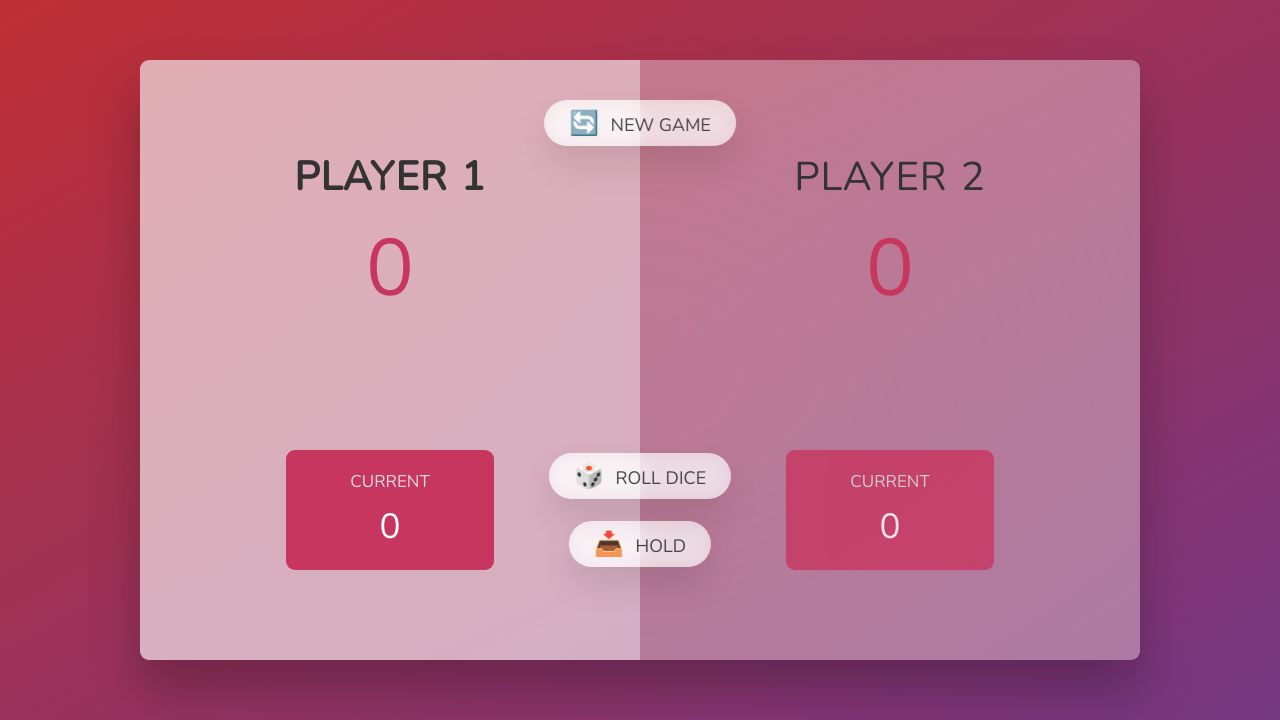
Repository: AbanoubSamyTawfek2002/pig-game
Page: index.html
These files come from the project's save history. The page is drawn as it stood at one moment and after the next save; the edit follows.
The browser window is 1280 px wide. The pictures show the whole page.

Above is the page before, as saved 2025-09-27 01:53:59.

### index.html
<!DOCTYPE html>
<html lang="en">
  <head>
    <meta charset="UTF-8" />
    <meta name="viewport" content="width=device-width, initial-scale=1.0" />
    <meta http-equiv="X-UA-Compatible" content="ie=edge" />
    <link rel="stylesheet" href="style.css" />
    <title>Pig Game</title>
  </head>
  <body>
    <main>
      <section class="player player--0 player--active">
        <h2 class="name" id="name--0">Player 1</h2>
        <p class="score" id="score--0">43</p>
        <div class="current">
          <p class="current-label">Current</p>
          <p class="current-score" id="current--0">0</p>
        </div>
      </section>
      <section class="player player--1">
        <h2 class="name" id="name--1">Player 2</h2>
        <p class="score" id="score--1">24</p>
        <div class="current">
          <p class="current-label">Current</p>
          <p class="current-score" id="current--1">0</p>
        </div>
      </section>

      <img src="dice-5.png" alt="Playing dice" class="dice" />
      <button class="btn btn--new">🔄 New game</button>
      <button class="btn btn--roll">🎲 Roll dice</button>
      <button class="btn btn--hold">📥 Hold</button>
    </main>
    <script src="script.js"></script>
  </body>
</html>

### style.css
@import url('https://fonts.googleapis.com/css2?family=Nunito&display=swap');

* {
  margin: 0;
  padding: 0;
  box-sizing: inherit;
}

html {
  font-size: 62.5%;
  box-sizing: border-box;
}

body {
  font-family: 'Nunito', sans-serif;
  font-weight: 400;
  height: 100vh;
  color: #333;
  background-image: linear-gradient(to top left, #753682 0%, #bf2e34 100%);
  display: flex;
  align-items: center;
  justify-content: center;
}

.hidden {
  display: none;
}
/* LAYOUT */
main {
  position: relative;
  width: 100rem;
  height: 60rem;
  background-color: rgba(255, 255, 255, 0.35);
  backdrop-filter: blur(200px);
  filter: blur();
  box-shadow: 0 3rem 5rem rgba(0, 0, 0, 0.25);
  border-radius: 9px;
  overflow: hidden;
  display: flex;
}

.player {
  flex: 50%;
  padding: 9rem;
  display: flex;
  flex-direction: column;
  align-items: center;
  transition: all 0.75s;
}

/* ELEMENTS */
.name {
  position: relative;
  font-size: 4rem;
  text-transform: uppercase;
  letter-spacing: 1px;
  word-spacing: 2px;
  font-weight: 300;
  margin-bottom: 1rem;
}

.score {
  font-size: 8rem;
  font-weight: 300;
  color: #c7365f;
  margin-bottom: auto;
}

.player--active {
  background-color: rgba(255, 255, 255, 0.4);
}
.player--active .name {
  font-weight: 700;
}
.player--active .score {
  font-weight: 400;
}

.player--active .current {
  opacity: 1;
}

.current {
  background-color: #c7365f;
  opacity: 0.8;
  border-radius: 9px;
  color: #fff;
  width: 65%;
  padding: 2rem;
  text-align: center;
  transition: all 0.75s;
}

.current-label {
  text-transform: uppercase;
  margin-bottom: 1rem;
  font-size: 1.7rem;
  color: #ddd;
}

.current-score {
  font-size: 3.5rem;
}

/* ABSOLUTE POSITIONED ELEMENTS */
.btn {
  position: absolute;
  left: 50%;
  transform: translateX(-50%);
  color: #444;
  background: none;
  border: none;
  font-family: inherit;
  font-size: 1.8rem;
  text-transform: uppercase;
  cursor: pointer;
  font-weight: 400;
  transition: all 0.2s;

  background-color: white;
  background-color: rgba(255, 255, 255, 0.6);
  backdrop-filter: blur(10px);

  padding: 0.7rem 2.5rem;
  border-radius: 50rem;
  box-shadow: 0 1.75rem 3.5rem rgba(0, 0, 0, 0.1);
}

.btn::first-letter {
  font-size: 2.4rem;
  display: inline-block;
  margin-right: 0.7rem;
}

.btn--new {
  top: 4rem;
}
.btn--roll {
  top: 39.3rem;
}
.btn--hold {
  top: 46.1rem;
}

.btn:active {
  transform: translate(-50%, 3px);
  box-shadow: 0 1rem 2rem rgba(0, 0, 0, 0.15);
}

.btn:focus {
  outline: none;
}

.dice {
  position: absolute;
  left: 50%;
  top: 16.5rem;
  transform: translateX(-50%);
  height: 10rem;
  box-shadow: 0 2rem 5rem rgba(0, 0, 0, 0.2);
}

.player--winner {
  background-color: #2f2f2f;
}

.player--winner .name {
  font-weight: 700;
  color: #c7365f;
}

### script.js
'use strict';

const score0El = document.getElementById('score--0');
const score1El = document.getElementById('score--1');
const diceEl = document.querySelector('.dice');
const btnNew = document.querySelector('.btn--new');
const btnRoll = document.querySelector('.btn--roll');
const btnHold = document.querySelector('.btn--hold');

score0El.textContent = 0;
score1El.textContent = 0;
diceEl.classList.add('hidden');

btnRoll.addEventListener('click', () => {});

After the next save:
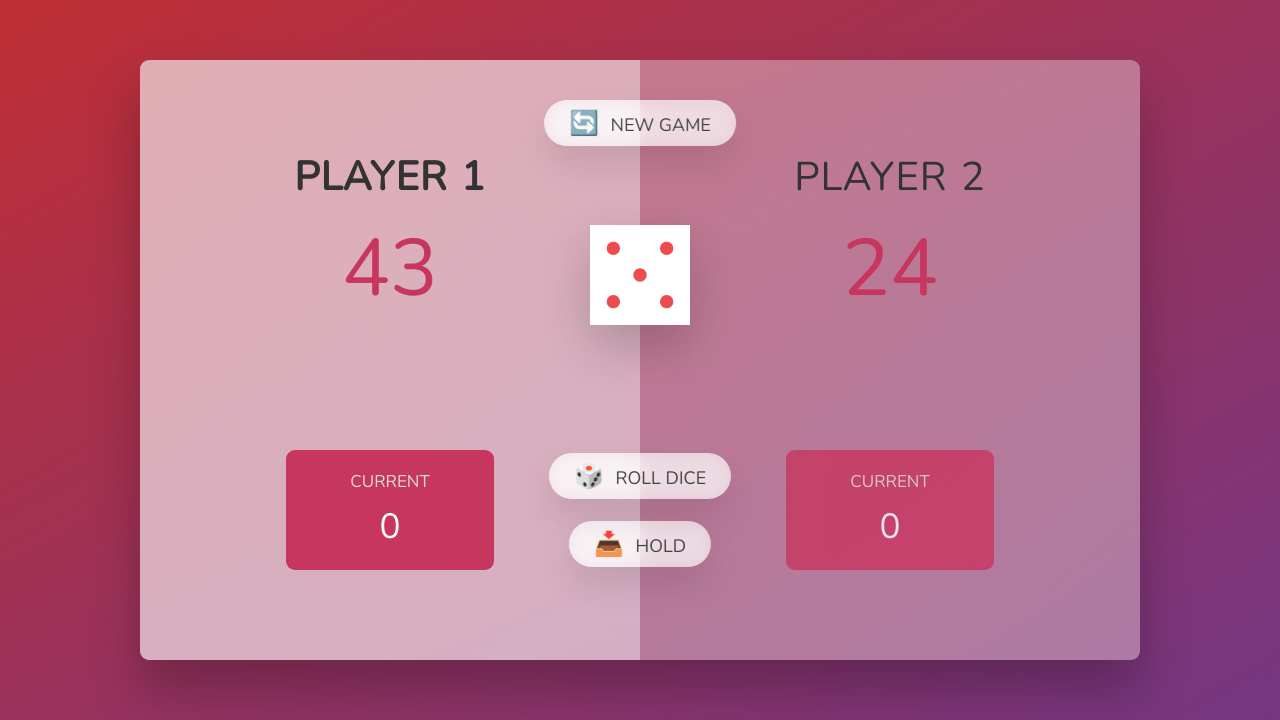
Console error: SyntaxError: Identifier 'score0El' has already been declared
Saved 11 s later.
--- a/script.js
+++ b/script.js
@@ -7,6 +7,7 @@
 const btnRoll = document.querySelector('.btn--roll');
 const btnHold = document.querySelector('.btn--hold');
 
+let
 score0El.textContent = 0;
 score1El.textContent = 0;
 diceEl.classList.add('hidden');

After the save that followed:
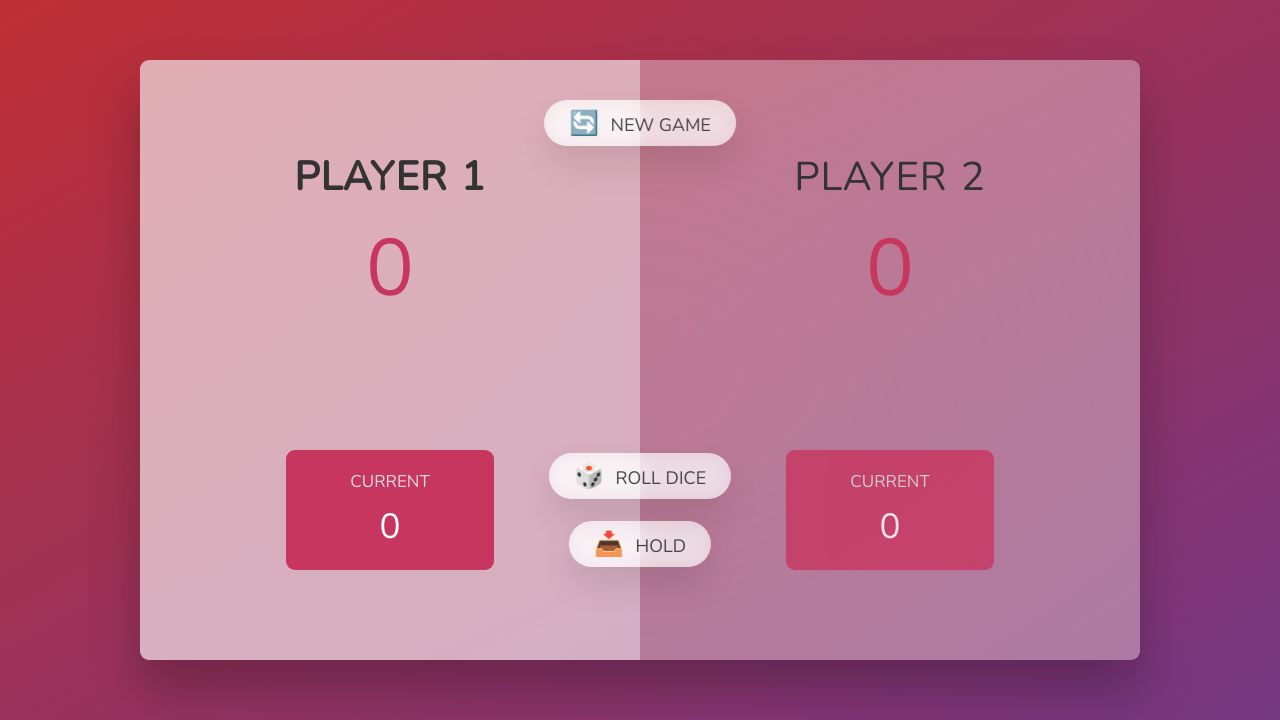
The error is gone.
Saved 19 s later.
--- a/script.js
+++ b/script.js
@@ -7,7 +7,7 @@
 const btnRoll = document.querySelector('.btn--roll');
 const btnHold = document.querySelector('.btn--hold');
 
-let
+let score = 0;
 score0El.textContent = 0;
 score1El.textContent = 0;
 diceEl.classList.add('hidden');
